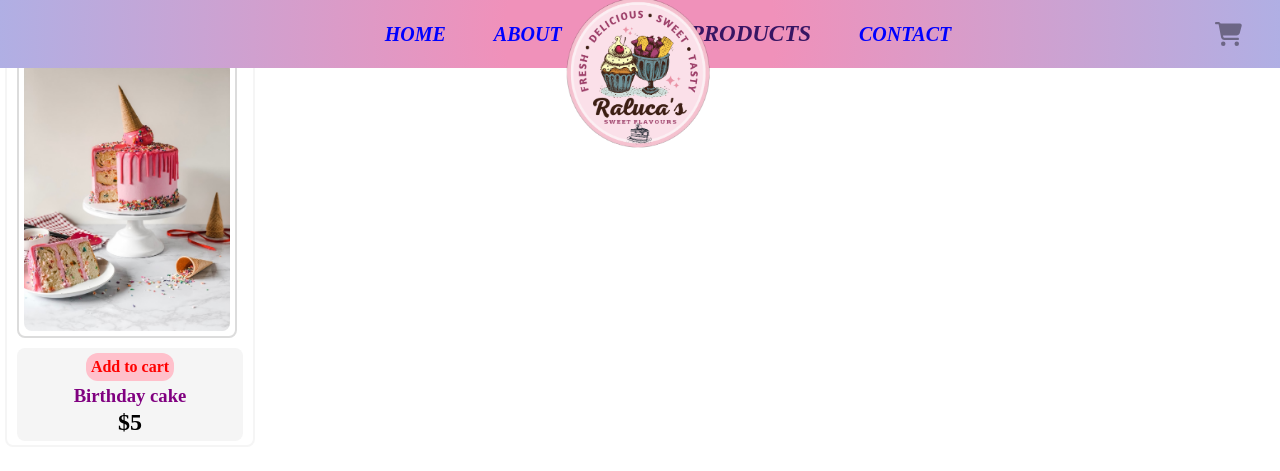
Repository: RalucaZota/cakeshop
Page: /products
These files come from the project's save history. The page is drawn as it stood at one moment and after the next save; the edit follows.
The browser window is 1280 px wide. The pictures show the whole page.
The project was rebuilt for these pictures with package versions that can differ from the ones it lists, and the page was loaded fresh each time. Also part of the build but not shown: vite.config.js, src/components/FavoriteProduct.vue, src/views/Home.vue, src/views/About.vue, src/views/Contact.vue.

Above is the page before, as saved 2023-06-10 17:43:48.

### index.html
<!DOCTYPE html>
<html lang="en">
  <head>
    <meta charset="UTF-8">
    <link rel="icon" href="/favicon.ico">
    <meta name="viewport" content="width=device-width, initial-scale=1.0">
    <title>Vite App</title>
  </head>
  <body>
    <div id="app"></div>
    <script type="module" src="/src/main.js"></script>

  </body>
</html>

### src/main.js
import './assets/main.css'

import { createApp } from 'vue'
import App from './App.vue'
import router from './router'
/* import the fontawesome core */
import { library } from '@fortawesome/fontawesome-svg-core'

/* import font awesome icon component */
import { FontAwesomeIcon } from '@fortawesome/vue-fontawesome'




/* import specific icons */
import { faBars } from '@fortawesome/free-solid-svg-icons'
import { faXmark } from '@fortawesome/free-solid-svg-icons'
import { faCartShopping } from '@fortawesome/free-solid-svg-icons'




/* add icons to the library */
library.add(faBars, faXmark, faCartShopping)

createApp(App)
.component('font-awesome-icon', FontAwesomeIcon).use(router)
.mount('#app')

### src/assets/main.css
@import './base.css';

#app {
  margin: 0 auto;

  font-weight: normal;
}

### src/App.vue
<script setup>
import Navbar from "./components/Navbar.vue"


</script>

<template>
<navbar/>


</template>

<style scoped>

</style>

### src/router/index.js
import { createRouter, createWebHistory } from 'vue-router'

const router = createRouter({
  history: createWebHistory(import.meta.env.BASE_URL),
  routes: [
    {
      path: '/',
      name: 'home',
      component: () => import('../views/Home.vue')
    },
    { path: '/about', name: 'about', component: () => import('../views/About.vue') },
    { path: '/products', name: 'products', component: () => import('../views/Products.vue') },
    { path: '/contact', name: 'contact', component: () => import('../views/Contact.vue') }
    // route level code-splitting
    // this generates a separate chunk (About.[hash].js) for this route
    // which is lazy-loaded when the route is visited.
  ]
})

export default router

### src/assets/base.css
/* color palette from <https://github.com/vuejs/theme> */
:root {
  --vt-c-white: #ffffff;
  --vt-c-white-soft: #f8f8f8;
  --vt-c-white-mute: #f2f2f2;

  --vt-c-black: #181818;
  --vt-c-black-soft: #222222;
  --vt-c-black-mute: #282828;

  --vt-c-indigo: #2c3e50;

  --vt-c-divider-light-1: rgba(60, 60, 60, 0.29);
  --vt-c-divider-light-2: rgba(60, 60, 60, 0.12);
  --vt-c-divider-dark-1: rgba(84, 84, 84, 0.65);
  --vt-c-divider-dark-2: rgba(84, 84, 84, 0.48);

  --vt-c-text-light-1: var(--vt-c-indigo);
  --vt-c-text-light-2: rgba(60, 60, 60, 0.66);
  --vt-c-text-dark-1: var(--vt-c-white);
  --vt-c-text-dark-2: rgba(235, 235, 235, 0.64);
}

/* semantic color variables for this project */
:root {
  --color-background: var(--vt-c-white);
  --color-background-soft: var(--vt-c-white-soft);
  --color-background-mute: var(--vt-c-white-mute);

  --color-border: var(--vt-c-divider-light-2);
  --color-border-hover: var(--vt-c-divider-light-1);

  --color-heading: var(--vt-c-text-light-1);
  --color-text: var(--vt-c-text-light-1);

  --section-gap: 160px;
}

@media (prefers-color-scheme: dark) {
  :root {
    --color-background: var(--vt-c-black);
    --color-background-soft: var(--vt-c-black-soft);
    --color-background-mute: var(--vt-c-black-mute);

    --color-border: var(--vt-c-divider-dark-2);
    --color-border-hover: var(--vt-c-divider-dark-1);

    --color-heading: var(--vt-c-text-dark-1);
    --color-text: var(--vt-c-text-dark-2);
  }
}

*,
*::before,
*::after {
  box-sizing: border-box;
  margin: 0;
  font-weight: normal;
}

### src/components/Navbar.vue
<template>
  <header :class="{ 'scrolled-nav': scrolledNav }">
    <nav >
      <div class="cart">
          <font-awesome-icon icon="fa-solid fa-cart-shopping" fade size="xl" />
        </div>
      <ul class="navigation" v-show="!mobile">
        <li>
          <RouterLink active-class="active" :to="{ name: 'home' }" class=" link"
            >Home</RouterLink
          >
        </li>
        <li>
          <RouterLink active-class="active" :to="{ name: 'about' }" class=" link"
            >About</RouterLink
          >
        </li>
        <div class="branding">
          <img src="../assets/images/logo.png" alt="logo"/>
        </div>
        <li>
          <RouterLink active-class="active" :to="{ name: 'products' }" class=" link"
            >Products</RouterLink
          >
        </li>
        <li>
          <RouterLink active-class="active" :to="{ name: 'contact' }" class=" link"
            >Contact</RouterLink
          >
        </li>
      </ul>
        <div class="icon">
          <font-awesome-icon icon="fa-solid fa-bars" size="lg" @click="openMobileNav" v-show="!mobileNav && mobile"  class="burger" :class="{'icon-active': mobileNav}"/>
          <font-awesome-icon  v-show="mobileNav" icon="fa-solid fa-xmark" beat size="xl" @click="closeMobileNav" class="close-nav" :class="{'icon-active': mobileNav}"/>
        </div>

      <transition name="mobile-nav">

        <ul v-show="mobileNav" class="dropdown-nav">
          <li>
            <div class="branding">
          <img src="../assets/images/logo.png" alt="logo"/>
        </div>
          </li>
          <li>
            <RouterLink active-class="active" :to="{ name: 'home' }" class="link"
              >Home</RouterLink
            >
          </li>
          <li>
            <RouterLink active-class="active" :to="{ name: 'about' }" class=" link"
              >About</RouterLink
            >
          </li>
          <li>
            <RouterLink active-class="active" :to="{ name: 'products' }" class=" link"
              >Products</RouterLink
            >
          </li>
          <li>
            <RouterLink active-class="active" :to="{ name: 'contact' }" class=" link"
              >Contact</RouterLink
            >
          </li>
        </ul>
      </transition>
    </nav>
  </header>

  <RouterView />
</template>
<script>
import { RouterLink, RouterView } from 'vue-router'
import Home from '../views/Home.vue'
import Products from '../views/Products.vue'
import About from '../views/About.vue'
import Contact from '../views/Contact.vue'
export default {
  name: 'navbar',
  components: {
    Home,
    Products,
    About,
    Contact
  },
  data(){
    return {
      scrolledNav: null,
      mobile: null,
      mobileNav: null,
      windowWidth: null,

    }
  },
  created(){
    window.addEventListener('resize', this.checkScreen);
    this.checkScreen()
  },
  mounted(){
    window.addEventListener('scroll', this.updateScroll)
  },
  methods:{
    openMobileNav(){
      this.mobileNav = true


    },
    closeMobileNav(){
      this.mobileNav = false

    },

    updateScroll(){
      const scrollPosition =  window.scrollY;
      if (scrollPosition > 50){
        this.scrolledNav = true;
        return;
      }
      this.scrolledNav = false
    },
    checkScreen(){
      this.windowWidth = window.innerWidth;
      if( this.windowWidth <= 750){
        this.mobile = true;
        return;
      }
      this.mobile = false;
      this.mobileNav = false;
    }
  }
}
</script>
<style lang="scss">
@import '../styles/Navbar.scss';
</style>

### src/views/Products.vue
<template>
    <div>
        <h1>PRODUCTS</h1>
        <product-item/>
    </div>
</template>
<script>
import ProductItem from '../components/ProductItem.vue';

export default {
    name: 'products',
    components:{
        ProductItem,

    }
}
</script>

### src/styles/Navbar.scss
header{
    width: 100%;
    position: fixed;
    transition: 0.5s ease all;
    background-color: transparent;
    z-index: 99;
    color: transparent;
    height: 68px;
    nav{
        display: flex;
        align-items: center;
        justify-content: space-evenly;
        flex-direction: row;
        background: rgb(238,174,202);
        background: rgb(240,145,186);
        background: rgb(240,145,186);
        background: radial-gradient(circle, rgba(240,145,186,1) 21%, rgba(176,175,228,1) 100%);
        transition: 0.5s ease all;
        padding: 5px 0;
        width: 100%;
        margin: 0 auto;
        text-decoration: none;
        position: relative;


        @media (min-width: 1140px) {
            max-width: 1300px;
        }
        @media (max-width: 749px) {
            width: 100%;
            padding: 20px;
        }
        ul,
        .link {
            color: blue;
            list-style: none;
            text-decoration: none;
        }
        li {
            text-transform: uppercase;
            padding: 16px;
            margin-left: 16px;
        }

        .link {
            font-weight: 700;
            font-style:italic;
            font-size: 20px;
            transition: 0.5s ease all;
            padding-bottom: 4px;
            border-bottom:  2px solid transparent;
            &:hover {
                color: #125159;
                border-color: purple;
            }
        }
        .branding {
            display: flex;
            align-items: center;
            margin-left: 80px;
            @media (max-width: 749px) {
                margin-left: 0px;
            }
            li.img{
                @media (max-width: 749px) {
                    padding-bottom: 0px;
            }
        }
            img {
                width: 150px;
                position: absolute;
                height: 155px;
                left: 44%;
                top: -10%;
                transition: .5s ease all;
                @media (max-width: 749px) {
                    position: relative;
                    width: 80px;
                    height: 80px;
                    left: 11%;
                }
            }
        }

        .active{
        font-weight: bold;
        font-size: 23px !important;
        color: #371563;
        font-weight: 700 !important;
        text-decoration: none;
        font-size: larger;

        }
        .cart{
        position: absolute;
        right: 3%;
        color: black;
        font-weight: 700;
    }
        .navigation {
            display: flex;
            align-items: center;
            flex: 1;
            justify-content: center;
    }
        .icon{
            display: flex;
            align-items: center;
            position: absolute;
            top: 0;
            left: 24px;
            height: 100%;
            color: black;
            transform: rotateZ(180deg);
            .burger{
            cursor: pointer;
            font-size: 24px;
            transition: .8s ease all;

        }
            .close-nav{
                color: black;
                font-weight: 600;
            }
    }
        .icon-active{

            color: red;
            display: inline-block;




    }
        .dropdown-nav{
            display: flex;
            flex-direction: column;
            align-items: center;
            position: fixed;
            width: 100%;
            max-width: 215px;
            height: 100%;
            background: radial-gradient(circle, rgba(240,145,186,1) 21%, rgba(176,175,228,1) 100%);
            top: 4.8%;
            left: 0;
            padding-left: 0px;
            line-height: 5px;
            padding-top: 10px;

            li{
                margin-left: 0;
                .link{
                    color: black;
                    font-weight: 600;
            }
        }

    }
        .mobile-nav-enter-active, .mobile-nav-leave-active {
            transition:  1s ease all;
        }
        .mobile-nav-enter-from, .mobile-nav-leave-to {
            transform: translateX((-250px));
        }
        .mobile-nav-enter-to {
            transform: translateX((0));
        }

}
}
.scrolled-nav{
    // box-shadow: 0 4px 6px -1px rgba(0, 0, 0, 0.1), 0 2px 4px -1px rgba(0, 0, 0, 0.06);
        nav{
            padding: 8px 0;
            .branding{
            // img{
            //     width: 40px;
            //     box-shadow: 0 4px 6px -1px rgba(0, 0, 0, 0.1), 0 2px 4px -1px rgba(0, 0, 0, 0.06);

            // }
        }
    }
}

### src/components/AddtoCartButton.vue
<template>
    <div>
        <a href="#" class="cart-button">
      <span></span>
      <span></span>
      <span></span>
      <span></span>
      Add to cart
    </a>
    </div>
</template>
<script>
export default {
    name: 'AddtoCartButton'
}
</script>
<style >
.cart-button {
    /* border: 2px solid hsl(317 100% 54%); */
    background-color: pink;
    border-radius: 12px;
    font-weight: 600;
    font-size: 16px;
    padding: 5px;
    position: relative;
    display: inline-block;
    color: red;
    text-decoration: none;
    overflow: hidden;
    transition: 0.2s;
}



.cart-button:hover {
    color: #255784;
    background:pink;
    box-shadow: 0 0 10px #2196f3, 0 0 40px #2196f3, 0 0 80px #2196f3;
    transition-delay: 1s;
}


.cart-button span {
    position: absolute;
    display: block;
}




.cart-button span:nth-child(1) {
    top: 0;
    left: -100%;
    width: 100%;
    height: 2px;
    background: linear-gradient(90deg, transparent, #2196f3);
}



.cart-button:hover span:nth-child(1) {
    left: 100%;
    transition: 1s;
}


.cart-button span:nth-child(3) {
    bottom: 0;
    right: -100%;
    width: 100%;
    height: 2px;
    background: linear-gradient(270deg, transparent, #2196f3);
}

.cart-button:hover span:nth-child(3) {
    right: 100%;
    transition: 1s;
    transition-delay: 0.5s;
}



.cart-button span:nth-child(2) {
    top: -100%;
    right: 0;
    width: 2px;
    height: 100%;
    background: linear-gradient(180deg, transparent, #2196f3);
}

.cart-button:hover span:nth-child(2) {
    top: 100%;
    transition: 1s;
    transition-delay: 0.25s;
}



.cart-button span:nth-child(4) {
    bottom: -100%;
    left: 0;
    width: 2px;
    height: 100%;
    background: linear-gradient(360deg, transparent, #2196f3);
}

.cart-button:hover span:nth-child(4) {
    bottom: 100%;
    transition: 1s;
    transition-delay: 0.75s;
}
</style>

### src/components/ProductItem.vue
<template>
    <article class="product-item">
      <div class="product-image-div">
        <img
          src="../assets/images/cakes/birthday-cake.jpg"
          alt="birthday cake"
          class="product-image"
        />
      </div>
      <div class="details-section">
      <addto-cart-button />
        <h3 class="product-title">Birthday cake</h3>
        <h2 class="product-price">$5</h2>
      </div>
    </article>
  </template>
  <script>
  import AddtoCartButton from './AddtoCartButton.vue'
  export default {
    name: 'FavoriteProduct',
    components: {
      AddtoCartButton
    }
  }
  </script>

  <style lang="scss">
  @import '../styles/ProductItem.scss';
  </style>

### src/styles/ProductItem.scss
.product-item{
    margin-top: 50px;
    background-color: transparent;
    border-radius: 8px;
    border: 2px solid  whitesmoke;
    max-width: 250px;
    height: 405px;
    padding: 10px;
    margin: 5px;
    .product-image-div{
        display: flex;
        align-items: center;
        justify-content: center;
        margin-bottom: 10px;
        padding: 5px;
        width: 220px;
        border-radius: 8px;
        border: 2px solid gainsboro;
        .product-image{
            width: 215px;
            height: 270px;
            border-radius: 8px;
            }
        }
    .details-section{

        display: flex;
        flex-direction: column;
        align-items: center;
        justify-content: center;
        background-color: whitesmoke;
        border-radius: 8px;
        padding: 5px;
        .product-title{
            font-weight: 800;
            border-bottom:  2px solid transparent;
            transition: 0.5s ease-in;
            color: purple;
            &:hover{
                border-bottom: 2px solid red;
                border-radius: 2px;
                font-size: 20px;
            }
        }
        .product-price{
            color: black;
            font-weight: 600;
        }

    }
}

After the next save:
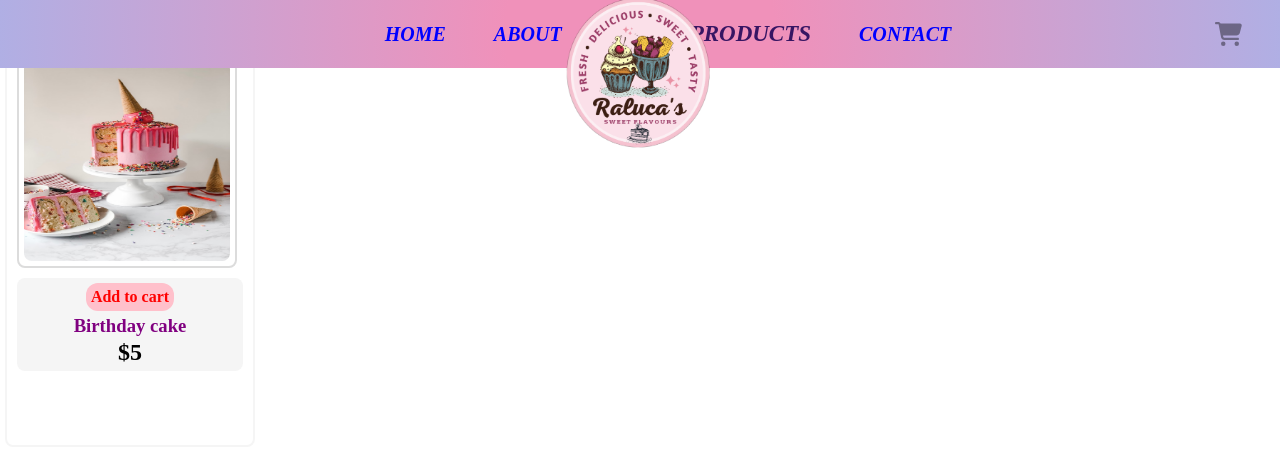
Saved 63 s later.
--- a/src/styles/ProductItem.scss
+++ b/src/styles/ProductItem.scss
@@ -18,7 +18,7 @@
         border: 2px solid gainsboro;
         .product-image{
             width: 215px;
-            height: 270px;
+            height: 200px;
             border-radius: 8px;
             }
         }
